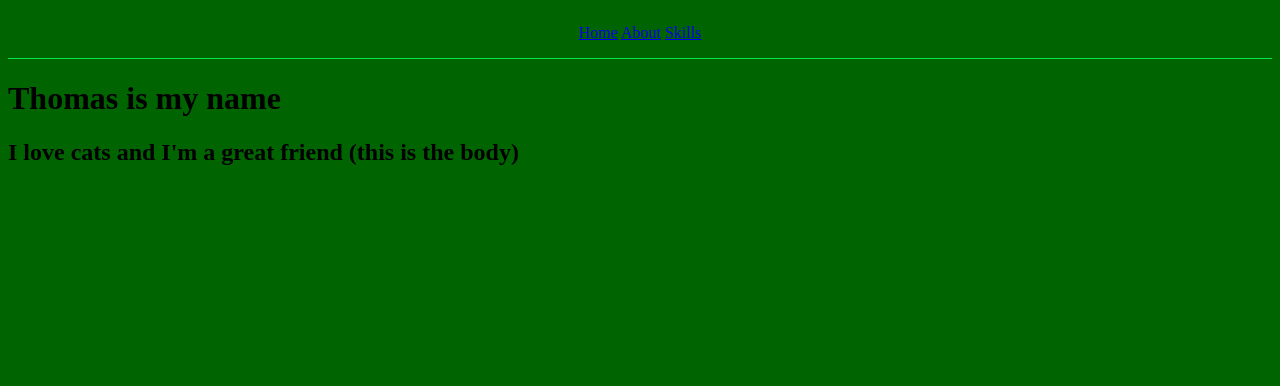
Repository: ofcoy/ofcoy
Page: index.html
An editor plug-in stored every save of this project. The page is shown before and after the next save, followed by the edit.
The browser window is 1280 px wide. The pictures show the whole page.

Above is the page before, as saved 2026-05-20 00:41:37.

### index.html
<!doctype html>
<html lang="en">
  <head>
    <meta charset="UTF-8" />
    <meta name="viewport" content="width=device-width, initial-scale=1.0" />
    <title>My page</title>
    <!-- maybe combine css files later if project gets bigger -->
    <link rel="stylesheet" href="/styles/globals.css" />
    <link rel="stylesheet" href="/styles/index.css" />
  </head>
  <!-- should probably move this inside body later -->
  <body>
    <div class="Nav-Bar">
      <nav>
        <!-- connect these to section ids (doesnt really matter tbh)-->
        <a href="#home">Home</a>
        <a href="#about">About</a>
        <a href="#skills">Skills</a>
      </nav>
    </div>

    <!-- add content inside sections later -->
    <section id="home"></section>
    <section id="about"></section>
    <section id="skills"></section>
    <h1>Thomas is my name</h1>
    <!-- maybe place this inside the about section -->
    <!-- correct spelling-->
    <h2>I love cats and I'm a great friend (this is the body)</h2>
  </body>
</html>

### styles/globals.css
body {
  background-color: darkgreen;
}

### styles/index.css
.Nav-Bar {
  display: flex;
  justify-content: center;
  gap: 3rem;
  padding: 1rem;
  border-bottom: 1px solid #04e644;
}
.section {
}
.home {
}

### Styles/Index.css
.Nav-Bar {
  display: flex;
  justify-content: center;
  gap: 3rem;
  padding: 1rem;
  border-bottom: 1px solid #04e644;
}
.section {  /*fill in these sections*/
}
.home {
}

After the next save:
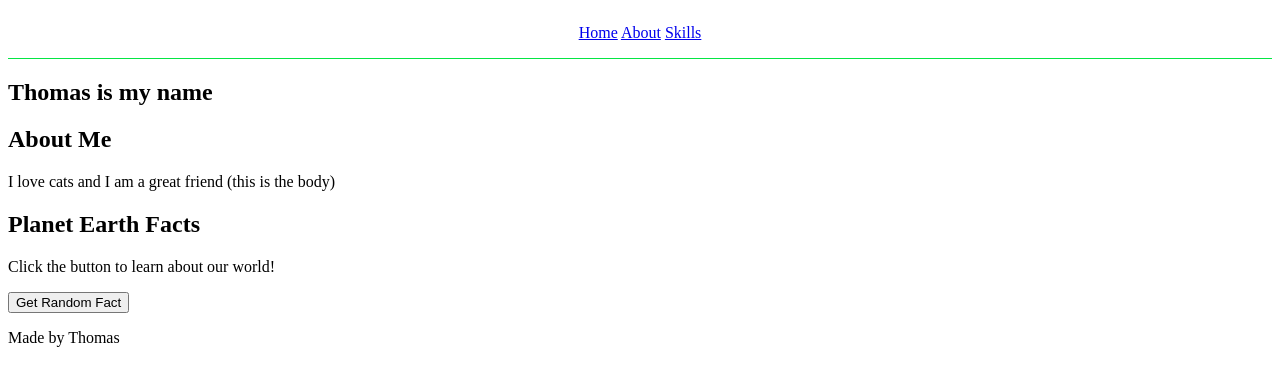
Not found: global.css
Not found: imsotiredofcompsci.js
Saved 1 s later.
--- a/index.html
+++ b/index.html
@@ -2,30 +2,40 @@
 <html lang="en">
   <head>
     <meta charset="UTF-8" />
-    <meta name="viewport" content="width=device-width, initial-scale=1.0" />
-    <title>My page</title>
-    <!-- maybe combine css files later if project gets bigger -->
-    <link rel="stylesheet" href="/styles/globals.css" />
-    <link rel="stylesheet" href="/styles/index.css" />
+    <title>Thomas - My Page</title>
+    <link rel="stylesheet" href="global.css" />
+    <link rel="stylesheet" href="index.css" />
   </head>
-  <!-- should probably move this inside body later -->
   <body>
-    <div class="Nav-Bar">
+    <header class="Nav-Bar">
       <nav>
-        <!-- connect these to section ids (doesnt really matter tbh)-->
         <a href="#home">Home</a>
         <a href="#about">About</a>
         <a href="#skills">Skills</a>
       </nav>
+    </header>
+
+    <main class="container">
+      <section id="home">
+        <h1>Thomas is my name</h1>
+      </section>
+
+      <section id="about">
+        <h2>About Me</h2>
+        <p>I love cats and I am a great friend (this is the body)</p>
+      </section>
+
+      <section id="skills">
+        <h2>Planet Earth Facts</h2>
+        <p id="fact-display">Click the button to learn about our world!</p>
+        <button onclick="showFact()">Get Random Fact</button>
+      </section>
+    </main>
+
+    <div class="footer">
+      <p>Made by Thomas</p>
     </div>
 
-    <!-- add content inside sections later -->
-    <section id="home"></section>
-    <section id="about"></section>
-    <section id="skills"></section>
-    <h1>Thomas is my name</h1>
-    <!-- maybe place this inside the about section -->
-    <!-- correct spelling-->
-    <h2>I love cats and I'm a great friend (this is the body)</h2>
+    <script src="imsotiredofcompsci.js"></script>
   </body>
 </html>
